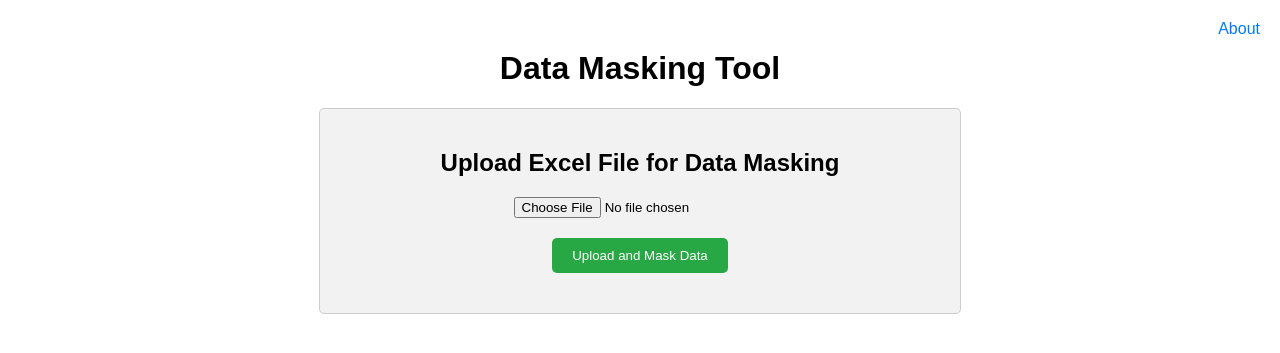
Repository: prithika12/DataMasking_Tool
Page: index.html
An editor plug-in stored every save of this project. The page is shown before and after the next save, followed by the edit.
The browser window is 1280 px wide. The pictures show the whole page.

Above is the page before, as saved 2024-07-09 11:43:42.

After the next save:
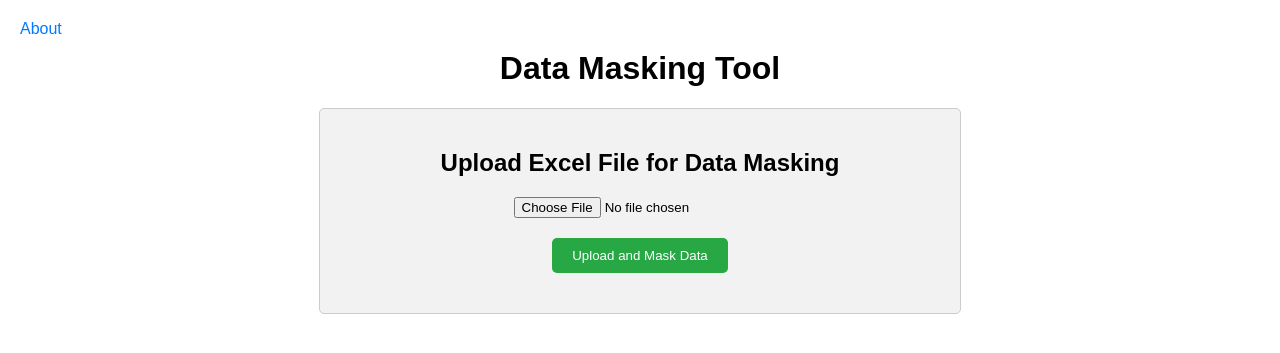
Saved 45 s later.
--- a/index.html
+++ b/index.html
@@ -39,7 +39,7 @@
         .about-link {
             position: absolute;
             top: 20px;
-            right: 20px;
+            left: 20px;
         }
         .about-link a {
             color: #007bff;
